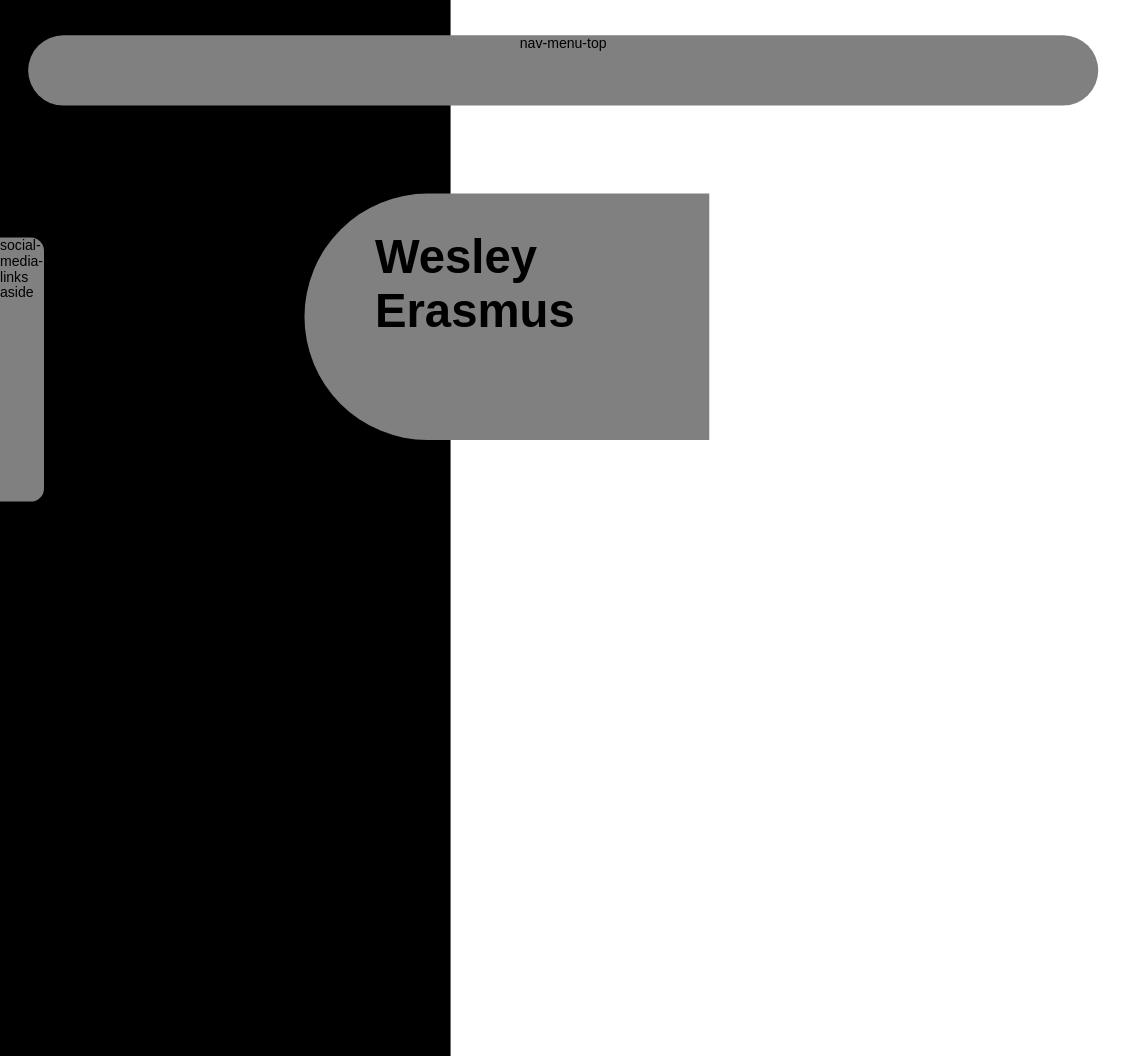
Repository: WesleyErasmus/MyDigitalResume-4
Page: index.html
These files come from the project's save history. The page is drawn as it stood at one moment and after the next save; the edit follows.
The browser window is 1280 px wide. The pictures show the whole page, at 88% of full size.

Above is the page before, as saved 2022-02-15 20:38:20.

### index.html
<!DOCTYPE html>
<html lang="en">
<head>
    <meta charset="UTF-8">
    <meta http-equiv="X-UA-Compatible" content="IE=edge">
    <meta name="viewport" content="width=device-width, initial-scale=1.0">
    <title>Wesley Erasmus Digital Resume 4 Project</title>
    <link rel="stylesheet" href="stylesheet.css">
</head>
<body>
    <!-- Landing page -->
    <header class="nav-menu-top">
        <!-- Name / Logo (jumbotron) / download CV / etc -->
        <p>nav-menu-top</p>
    </header>

    <aside class="self-portrait">
        <!-- creative image of myself -->
        <p>aside with large portrait image of myself</p>
    </aside>
    <nav class="social-media-links">
        <!-- side social media icons (float left / column direction) -->
        <p>social-media-links aside</p>
    </nav>
    <article>

        <h1 class="name">
            <span class="name">
                Wesley
                <br>
                Erasmus
            </span>
            <!-- centre text vertically -->
        </h1>

        <!-- <span id="name">
            <h1>Wesley</h1>
            <h1>Erasmus</h1>
        </span> -->


        <!-- main bio; FED student / link to 2nd html page with CV content -->
        <div class="about-me">
            <p>about me</p>
        </div>
        <button class="next-page">
            next-page button
        </button>
    </article>


</body>
</html>

### stylesheet.css

* {
    font-family: Arial, Helvetica, sans-serif;
    margin: 0;
    padding: 0;
}
@media screen
  and (min-device-width: 1200px)
  and (max-device-width: 1600px)
  and (-webkit-min-device-pixel-ratio: 1) {
}

body {
/* position: relative; */
}
header.nav-menu-top {
    position: relative;
    z-index: 1;
    text-align: center;
    margin: 0 auto;
    width: 95%;
    height: 80px;
    border-radius: 50px;
    margin-top: 40px;
    background-color: grey;
}
aside.self-portrait {
    background-color: black;
    position: absolute;
    /* position: fixed; */
    top: 0;
    left: 0;
    height: 1200px;
    width: 40%;
}
nav.social-media-links {
    position: relative;
    height: 300px;
    width: 50px;
    float: left;
    top: 150px;
    left: 0px;
    background-color: grey;
    border-radius: 0 15px 15px 0;
}
h1.name {
background-color: grey;
margin: 0 auto;
width: 300px;
height: 200px;
margin: 0;
position: absolute;
top: 50%;
left: 45%;
-ms-transform: translate(-50%, -50%);
transform: translate(-50%, -50%);
padding: 40px 80px 40px 80px;
font-size: 4.2vw;
border-radius:150px 0 0 150px;
}
span#name {
    margin: 0;
    top: 50%;
    /* centre text vertically */
}

After the next save:
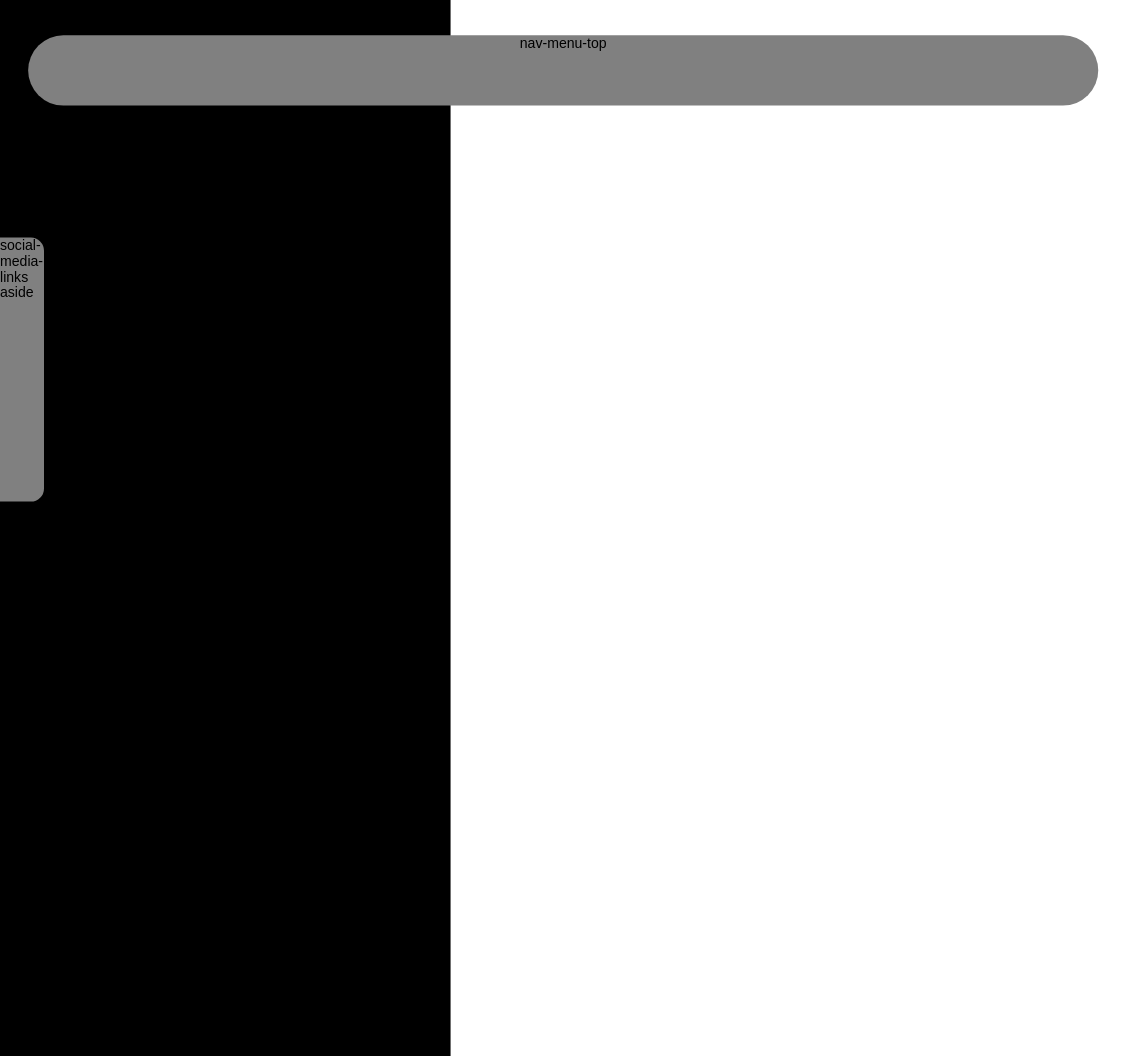
Saved 79 s later.
--- a/index.html
+++ b/index.html
@@ -24,19 +24,18 @@
     </nav>
     <article>
 
-        <h1 class="name">
+        <!-- <h1 class="name">
             <span class="name">
                 Wesley
                 <br>
                 Erasmus
             </span>
-            <!-- centre text vertically -->
-        </h1>
+        </h1> -->
 
-        <!-- <span id="name">
+        <span class="name">
             <h1>Wesley</h1>
             <h1>Erasmus</h1>
-        </span> -->
+        </span>
 
 
         <!-- main bio; FED student / link to 2nd html page with CV content -->

After the save that followed:
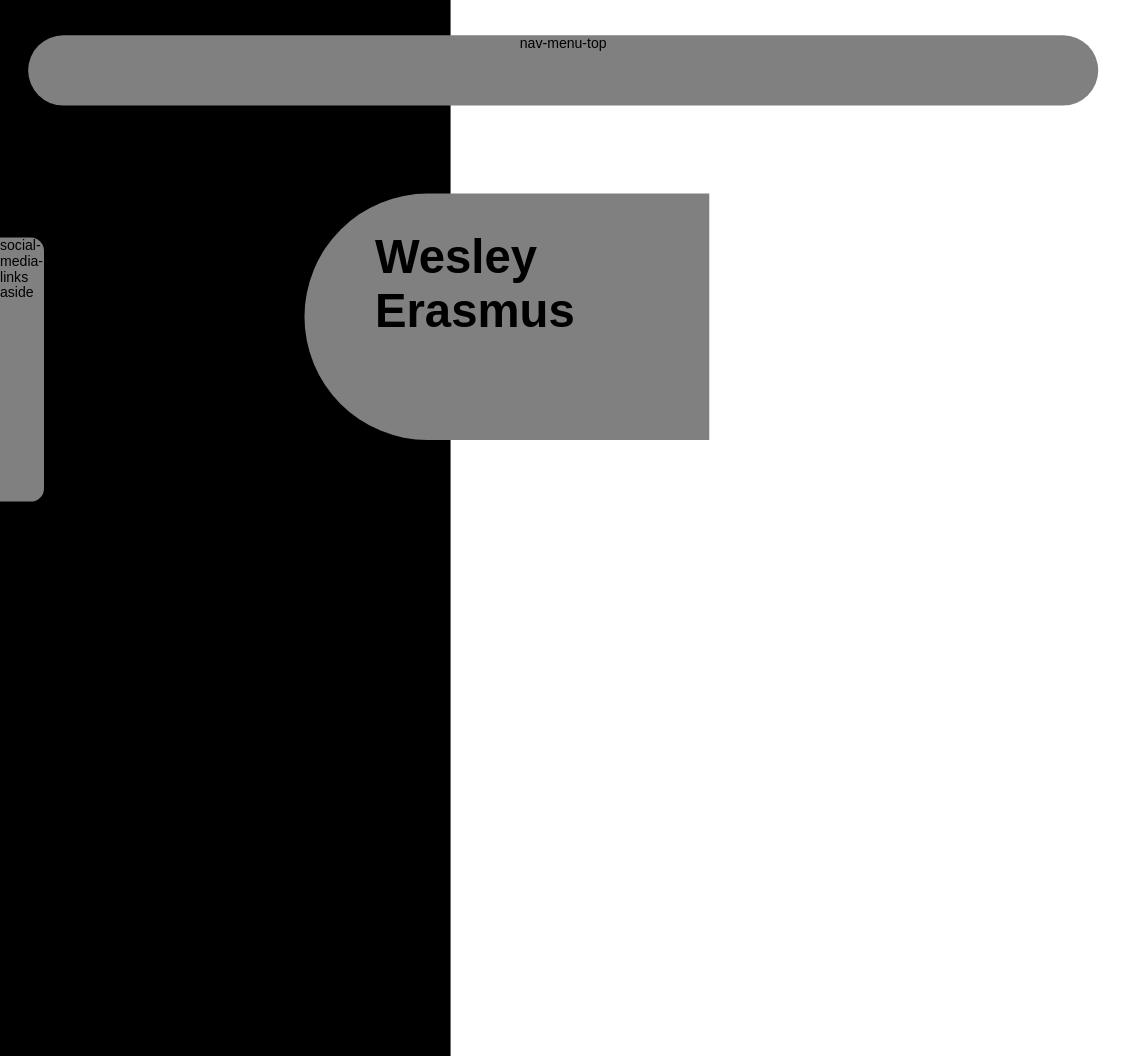
Saved 19 s later.
--- a/index.html
+++ b/index.html
@@ -24,18 +24,18 @@
     </nav>
     <article>
 
-        <!-- <h1 class="name">
+        <h1 class="name">
             <span class="name">
                 Wesley
                 <br>
                 Erasmus
             </span>
-        </h1> -->
+        </h1>
 
-        <span class="name">
+        <!-- <span id="name">
             <h1>Wesley</h1>
             <h1>Erasmus</h1>
-        </span>
+        </span> -->
 
 
         <!-- main bio; FED student / link to 2nd html page with CV content -->
